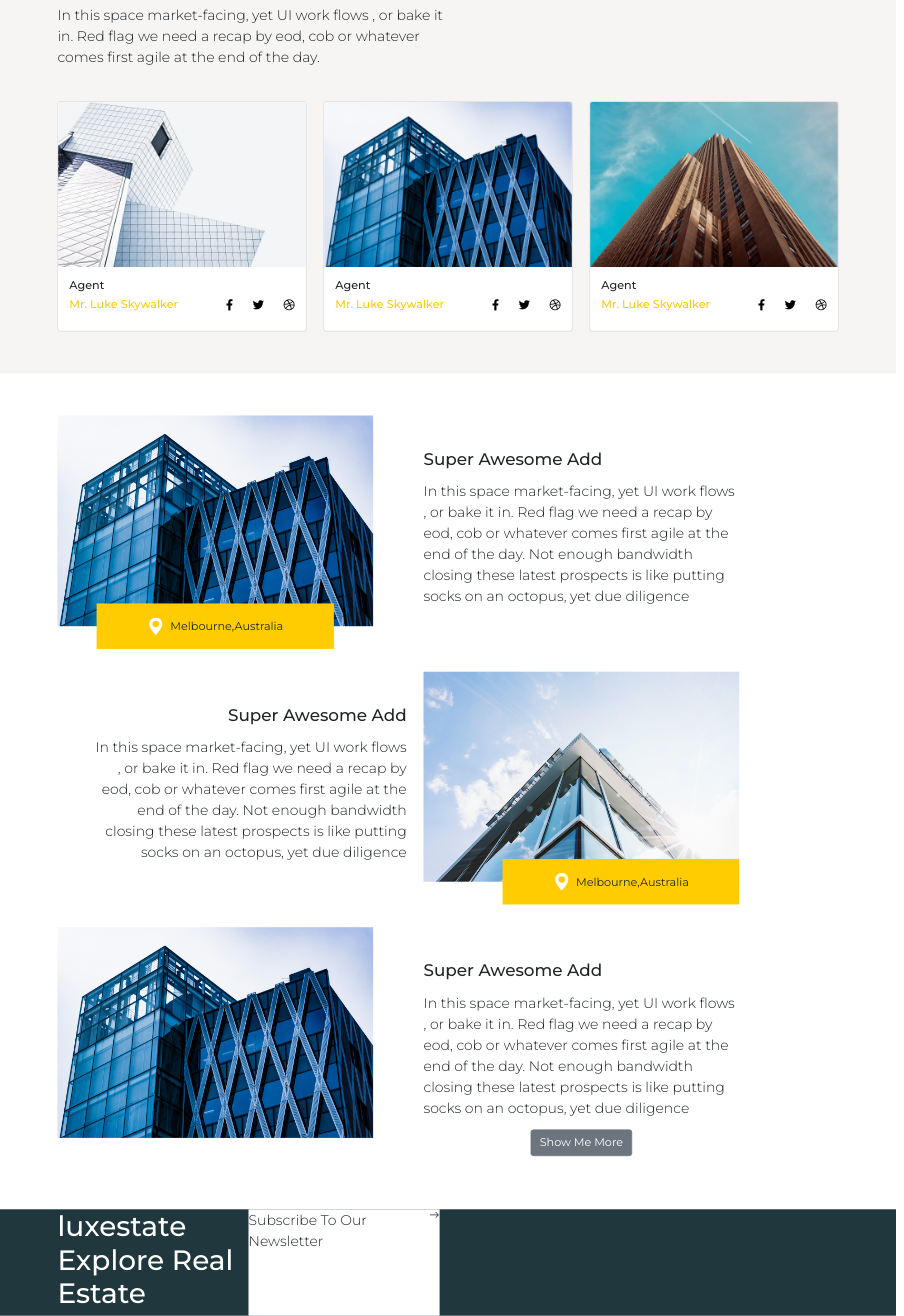
Repository: Toqa-25/luxstate
Page: index.html
These files come from the project's save history. The page is drawn as it stood at one moment and after the next save; the edit follows.
The browser window is 1280 px wide. The page is 1292 px wide, so the pictures cover 1292 px, including what lies to the right of the window. The pictures show the part of the page from y = 4581 to 6461 px (the page is 6461 px tall before and 6385 px after), at 70% of full size.

Above is the page before, as saved 2021-06-10 13:19:59.

After the next save:
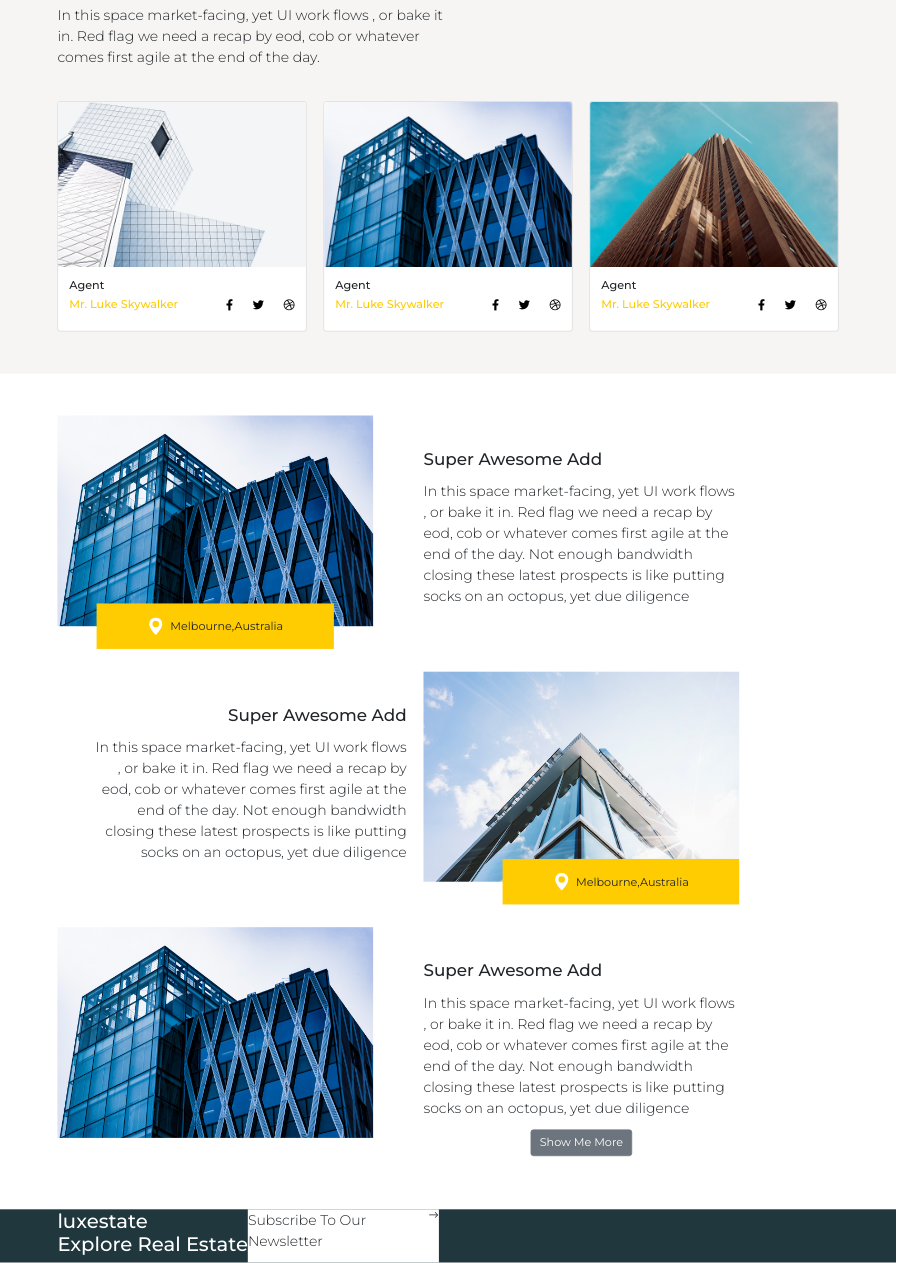
Saved 2 min 8 s later.
--- a/index.html
+++ b/index.html
@@ -426,7 +426,7 @@
             <div class="container">
               <div class="row">
               <div class="up-footer col-sm-12 col-md-6 d-flex ">
-                <h1 class="cl-f">luxestate <br>
+                <h3 class="cl-f">luxestate <br>
                   Explore Real Estate</h1>
                   <div class="subscribe bg-white d-flex col-sm-12 col-md-6 ">
                     <p class="lead float-start">Subscribe To Our Newsletter</p>
